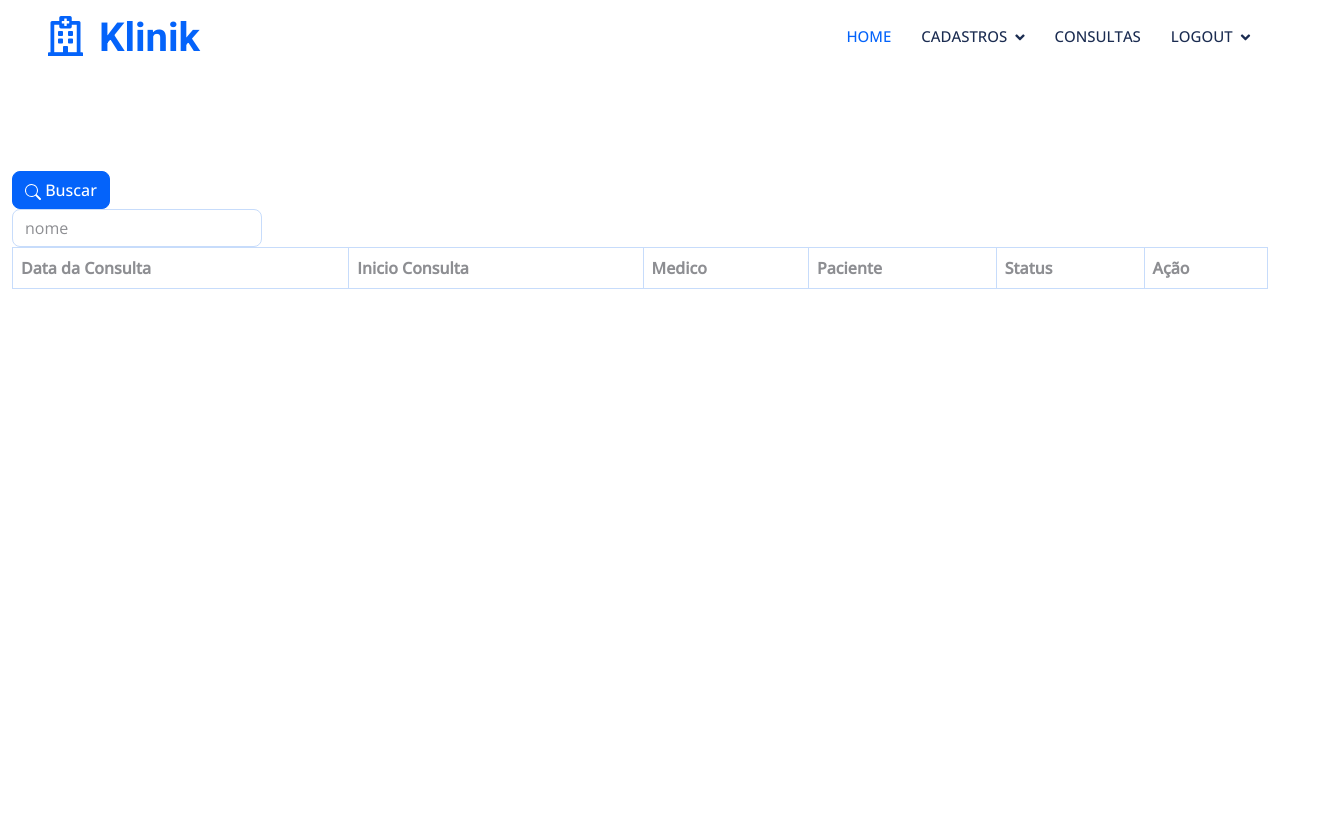
Repository: henrickrufino91/AgendaConsultas
Page: http://localhost/consulta/listarConsultas
An editor plug-in stored every save of this project. The page is shown before and after the next save, followed by the edit.
The browser window is 1280 px wide. The page is 1331 px wide, so the pictures cover 1331 px, including what lies to the right of the window. The pictures show the whole page.
Some web libraries are served in a nearby version. The page is this project's Thymeleaf template; nobody is signed in. The template is opened directly, without the code that normally fills it, so the values that code supplies are empty.

Above is the page before, as saved 2024-12-26 18:03:03.

### clinica/src/main/resources/templates/consulta/listarConsultas.html
<!DOCTYPE html>
<html lang="en">

<head>
    <meta charset="utf-8">
    <title>Lista de Consultas</title>
    <meta content="width=device-width, initial-scale=1.0" name="viewport">
    <meta content="" name="keywords">
    <meta content="" name="description">

    <!-- Favicon -->
    <link href="img/favicon.ico" rel="icon">

    <!-- Google Web Fonts -->
    <link rel="preconnect" href="https://fonts.googleapis.com">
    <link rel="preconnect" href="https://fonts.gstatic.com" crossorigin>
    <link href="https://fonts.googleapis.com/css2?family=Open+Sans:wght@400;500&family=Roboto:wght@500;700;900&display=swap" rel="stylesheet">

    <!-- Icon Font Stylesheet -->
    <link href="https://cdnjs.cloudflare.com/ajax/libs/font-awesome/5.10.0/css/all.min.css" rel="stylesheet">
    <link href="https://cdn.jsdelivr.net/npm/bootstrap-icons@1.4.1/font/bootstrap-icons.css" rel="stylesheet">

    <!-- Libraries Stylesheet -->
    <link href="lib/animate/animate.min.css" rel="stylesheet">
    <link href="lib/owlcarousel/assets/owl.carousel.min.css" rel="stylesheet">
    <link href="lib/tempusdominus/css/tempusdominus-bootstrap-4.min.css" rel="stylesheet" />

    <!-- Customized Bootstrap Stylesheet -->
    <link href="css/bootstrap.min.css" rel="stylesheet">

    <!-- Template Stylesheet -->
    <link href="css/style.css" rel="stylesheet">
</head>

<body>
    <!-- Spinner Start -->
    <div id="spinner" class="show bg-white position-fixed translate-middle w-100 vh-100 top-50 start-50 d-flex align-items-center justify-content-center">
        <div class="spinner-grow text-primary" style="width: 3rem; height: 3rem;" role="status">
            <span class="sr-only">Loading...</span>
        </div>
    </div>
    <!-- Spinner End -->


    <!-- Topbar Start -->
    <div class="container-fluid bg-light p-0 wow fadeIn" data-wow-delay="0.1s">

    </div>
    <!-- Topbar End -->


    <!-- Navbar Start -->
    <nav class="navbar navbar-expand-lg bg-white navbar-light sticky-top p-0 wow fadeIn" data-wow-delay="0.1s">
        <a href="index.html" class="navbar-brand d-flex align-items-center px-4 px-lg-5">
            <h1 class="m-0 text-primary"><i class="far fa-hospital me-3"></i>Klinik</h1>
        </a>
        <button type="button" class="navbar-toggler me-4" data-bs-toggle="collapse" data-bs-target="#navbarCollapse">
            <span class="navbar-toggler-icon"></span>
        </button>
        <div class="collapse navbar-collapse" id="navbarCollapse">
            <div class="navbar-nav ms-auto p-4 p-lg-0">
                <a th:href="@{/index}" class="nav-item nav-link active">Home</a>

                <div class="nav-item dropdown">
                    <a href="#" class="nav-link dropdown-toggle" data-bs-toggle="dropdown">Cadastros</a>
                    <div class="dropdown-menu rounded-0 rounded-bottom m-0">
                        <a th:href="@{/novoPaciente}" class="dropdown-item">Pacientes</a>
                        <a th:href="@{/novoMedico}" class="dropdown-item">Médicos(as)</a>
                       <a th:href="@{/novoUsuario}" class="dropdown-item">Usuários</a>

                    </div>
                </div>
                <a th:href="@{/novaConsulta}" class="nav-item nav-link">Consultas</a>

                <div class="nav-item dropdown">
                    <a href="#" class="nav-link dropdown-toggle" data-bs-toggle="dropdown">Logout</a>
                    <div class="dropdown-menu rounded-0 rounded-bottom m-0">
                        <a th:href="@{/logout}" class="dropdown-item">Sair</a>

                    </div>
                </div>

            </div>
        </div>
    </nav>
    <!-- Navbar End -->


    <!-- Header Start -->
    <div class="container-fluid header bg-primary p-0 mb-5">





    </div>
    <!-- Header End -->




    <!-- About Start -->
    <div class="container-xxl py-5">


       <a class="btn btn-primary"><svg xmlns="http://www.w3.org/2000/svg" width="16" height="16" fill="currentColor" class="bi bi-search" viewBox="0 0 16 16">
  											<path d="M11.742 10.344a6.5 6.5 0 1 0-1.397 1.398h-.001q.044.06.098.115l3.85 3.85a1 1 0 0 0 1.415-1.414l-3.85-3.85a1 1 0 0 0-.115-.1zM12 6.5a5.5 5.5 0 1 1-11 0 5.5 5.5 0 0 1 11 0"/>
											</svg> Buscar</a>

      <input class="form-control" value="nome" id="inputEmail" type="text" style="width: 250px" />

       <table class="table table-bordered table-hover">

        		<thead>

            	<th scope="col">Data da Consulta</th>
            	<th scope="col">Inicio Consulta</th>
            	<th scope="col">Medico</th>
            	<th scope="col">Paciente</th>
            	<th scope="col">Status</th>
            	<th scope="col">Ação</th>

        		</thead>
        		<tbody>
            	<tr scope="row" th:each="c : ${listarConsultas}">


                <td th:text="${c.dataConsulta}"></td>
                <td th:text="${c.inicioConsulta}"></td>
                <td th:text="${c.consulta.medico.nome}"></td>
                <td th:text="${c.consulta.paciente.nome}"></td>
                <td th:text="${c.consulta.status.descricao}"></td>

                <td>

                 <a class="btn btn-primary" th:href="@{'/editarConsulta?codigo=' + ${c.codConsulta}}"> Editar
				<svg xmlns="http://www.w3.org/2000/svg" width="16" height="16" fill="currentColor" class="bi bi-pencil-fill" viewBox="0 0 16 16">
  				<path d="M12.854.146a.5.5 0 0 0-.707 0L10.5 1.793 14.207 5.5l1.647-1.646a.5.5 0 0 0 0-.708zm.646 6.061L9.793 2.5 3.293 9H3.5a.5.5 0 0 1 .5.5v.5h.5a.5.5 0 0 1 .5.5v.5h.5a.5.5 0 0 1 .5.5v.5h.5a.5.5 0 0 1 .5.5v.207zm-7.468 7.468A.5.5 0 0 1 6 13.5V13h-.5a.5.5 0 0 1-.5-.5V12h-.5a.5.5 0 0 1-.5-.5V11h-.5a.5.5 0 0 1-.5-.5V10h-.5a.5.5 0 0 1-.175-.032l-.179.178a.5.5 0 0 0-.11.168l-2 5a.5.5 0 0 0 .65.65l5-2a.5.5 0 0 0 .168-.11z"/>
				</svg></a>

				<a class="btn btn-danger" th:href="@{'/removerConsulta?codigo=' + ${c.codConsulta}}"> Remover
				<svg xmlns="http://www.w3.org/2000/svg" width="16" height="16" fill="currentColor" class="bi bi-archive-fill" viewBox="0 0 16 16">
  				<path d="M12.643 15C13.979 15 15 13.845 15 12.5V5H1v7.5C1 13.845 2.021 15 3.357 15zM5.5 7h5a.5.5 0 0 1 0 1h-5a.5.5 0 0 1 0-1M.8 1a.8.8 0 0 0-.8.8V3a.8.8 0 0 0 .8.8h14.4A.8.8 0 0 0 16 3V1.8a.8.8 0 0 0-.8-.8z"/>
				</svg></a>

                </td>






            </tr>
        </tbody>
        </table>

    </div>
    <!-- About End -->


    <!-- Service Start -->
    <div class="container-xxl py-5">

    </div>
    <!-- Service End -->


    <!-- Feature Start -->
    <div class="container-fluid bg-primary overflow-hidden my-5 px-lg-0">

    </div>
    <!-- Feature End -->


    <!-- Team Start -->
    <div class="container-xxl py-5">

    </div>
    <!-- Team End -->


    <!-- Appointment Start -->
    <div class="container-xxl py-5">

    </div>
    <!-- Appointment End -->


    <!-- Testimonial Start -->
    <div class="container-xxl py-5">

    </div>
    <!-- Testimonial End -->


    <!-- Footer Start -->

    </div>
    <!-- Footer End -->


    <!-- Back to Top -->
    <a href="#" class="btn btn-lg btn-primary btn-lg-square rounded-circle back-to-top"><i class="bi bi-arrow-up"></i></a>


    <!-- JavaScript Libraries -->
    <script src="https://code.jquery.com/jquery-3.4.1.min.js"></script>
    <script src="https://cdn.jsdelivr.net/npm/bootstrap@5.0.0/dist/js/bootstrap.bundle.min.js"></script>
    <script src="lib/wow/wow.min.js"></script>
    <script src="lib/easing/easing.min.js"></script>
    <script src="lib/waypoints/waypoints.min.js"></script>
    <script src="lib/counterup/counterup.min.js"></script>
    <script src="lib/owlcarousel/owl.carousel.min.js"></script>
    <script src="lib/tempusdominus/js/moment.min.js"></script>
    <script src="lib/tempusdominus/js/moment-timezone.min.js"></script>
    <script src="lib/tempusdominus/js/tempusdominus-bootstrap-4.min.js"></script>

    <!-- Template Javascript -->
    <script src="js/main.js"></script>
</body>

</html>

### clinica/src/main/resources/static/css/style.css
/********** Template CSS **********/
:root {
    --primary: #0463FA;
    --light: #EFF5FF;
    --dark: #1B2C51;
}

.fw-medium {
    font-weight: 500 !important;
}

.fw-bold {
    font-weight: 700 !important;
}

.fw-black {
    font-weight: 900 !important;
}

.back-to-top {
    position: fixed;
    display: none;
    right: 45px;
    bottom: 45px;
    z-index: 99;
}


/*** Spinner ***/
#spinner {
    opacity: 0;
    visibility: hidden;
    transition: opacity .5s ease-out, visibility 0s linear .5s;
    z-index: 99999;
}

#spinner.show {
    transition: opacity .5s ease-out, visibility 0s linear 0s;
    visibility: visible;
    opacity: 1;
}


/*** Button ***/
.btn {
    font-weight: 500;
    transition: .5s;
}

.btn.btn-primary,
.btn.btn-secondary {
    color: #FFFFFF;
}

.btn-square {
    width: 38px;
    height: 38px;
}

.btn-sm-square {
    width: 32px;
    height: 32px;
}

.btn-lg-square {
    width: 48px;
    height: 48px;
}

.btn-square,
.btn-sm-square,
.btn-lg-square {
    padding: 0;
    display: flex;
    align-items: center;
    justify-content: center;
    font-weight: normal;
}


/*** Navbar ***/
.navbar .dropdown-toggle::after {
    border: none;
    content: "\f107";
    font-family: "Font Awesome 5 Free";
    font-weight: 900;
    vertical-align: middle;
    margin-left: 8px;
}

.navbar .navbar-nav .nav-link {
    margin-right: 30px;
    padding: 25px 0;
    color: #FFFFFF;
    font-size: 15px;
    font-weight: 500;
    text-transform: uppercase;
    outline: none;
}

.navbar .navbar-nav .nav-link:hover,
.navbar .navbar-nav .nav-link.active {
    color: var(--primary);
}

@media (max-width: 991.98px) {
    .navbar .navbar-nav .nav-link  {
        margin-right: 0;
        padding: 10px 0;
    }

    .navbar .navbar-nav {
        border-top: 1px solid #EEEEEE;
    }
}

.navbar .navbar-brand,
.navbar a.btn {
    height: 75px;
}

.navbar .navbar-nav .nav-link {
    color: var(--dark);
    font-weight: 500;
}

.navbar.sticky-top {
    top: -100px;
    transition: .5s;
}

@media (min-width: 992px) {
    .navbar .nav-item .dropdown-menu {
        display: block;
        border: none;
        margin-top: 0;
        top: 150%;
        opacity: 0;
        visibility: hidden;
        transition: .5s;
    }

    .navbar .nav-item:hover .dropdown-menu {
        top: 100%;
        visibility: visible;
        transition: .5s;
        opacity: 1;
    }
}


/*** Header ***/
.header-carousel .owl-carousel-text {
    position: absolute;
    width: 100%;
    height: 100%;
    padding: 3rem;
    top: 0;
    left: 0;
    display: flex;
    align-items: center;
    justify-content: center;
    text-shadow: 0 0 30px rgba(0, 0, 0, .1);
}

.header-carousel .owl-nav {
    position: absolute;
    width: 200px;
    height: 45px;
    bottom: 30px;
    left: 50%;
    transform: translateX(-50%);
    display: flex;
    justify-content: space-between;
}

.header-carousel .owl-nav .owl-prev,
.header-carousel .owl-nav .owl-next {
    width: 45px;
    height: 45px;
    display: flex;
    align-items: center;
    justify-content: center;
    color: #FFFFFF;
    background: transparent;
    border: 1px solid #FFFFFF;
    border-radius: 45px;
    font-size: 22px;
    transition: .5s;
}

.header-carousel .owl-nav .owl-prev:hover,
.header-carousel .owl-nav .owl-next:hover {
    background: var(--primary);
    border-color: var(--primary);
}

.header-carousel .owl-dots {
    position: absolute;
    height: 45px;
    bottom: 30px;
    left: 50%;
    transform: translateX(-50%);
    display: flex;
    align-items: center;
    justify-content: center;
}

.header-carousel .owl-dot {
    position: relative;
    display: inline-block;
    margin: 0 5px;
    width: 15px;
    height: 15px;
    background: transparent;
    border: 1px solid #FFFFFF;
    border-radius: 15px;
    transition: .5s;
}

.header-carousel .owl-dot::after {
    position: absolute;
    content: "";
    width: 5px;
    height: 5px;
    top: 4px;
    left: 4px;
    background: #FFFFFF;
    border-radius: 5px;
}

.header-carousel .owl-dot.active {
    background: var(--primary);
    border-color: var(--primary);
}

.page-header {
    background: url(../img/header-page.jpg) top center no-repeat;
    background-size: cover;
    text-shadow: 0 0 30px rgba(0, 0, 0, .1);
}

.breadcrumb-item + .breadcrumb-item::before {
    color: var(--light);
}


/*** Service ***/
.service-item {
    transition: .5s;
}

.service-item:hover {
    margin-top: -10px;
    box-shadow: 0 .5rem 1.5rem rgba(0, 0, 0, .08);
}

.service-item .btn {
    width: 40px;
    height: 40px;
    display: inline-flex;
    align-items: center;
    background: #FFFFFF;
    border-radius: 40px;
    white-space: nowrap;
    overflow: hidden;
    transition: .5s;
}

.service-item:hover .btn {
    width: 140px;
}


/*** Feature ***/
@media (min-width: 992px) {
    .container.feature {
        max-width: 100% !important;
    }

    .feature-text  {
        padding-left: calc(((100% - 960px) / 2) + .75rem);
    }
}

@media (min-width: 1200px) {
    .feature-text  {
        padding-left: calc(((100% - 1140px) / 2) + .75rem);
    }
}

@media (min-width: 1400px) {
    .feature-text  {
        padding-left: calc(((100% - 1320px) / 2) + .75rem);
    }
}


/*** Team ***/
.team-item img {
    position: relative;
    top: 0;
    transition: .5s;
}

.team-item:hover img {
    top: -30px;
}

.team-item .team-text {
    position: relative;
    height: 100px;
    transition: .5s;
}

.team-item:hover .team-text {
    margin-top: -60px;
    height: 160px;
}

.team-item .team-text .team-social {
    opacity: 0;
    transition: .5s;
}

.team-item:hover .team-text .team-social {
    opacity: 1;
}

.team-item .team-social .btn {
    display: inline-flex;
    color: var(--primary);
    background: #FFFFFF;
    border-radius: 40px;
}

.team-item .team-social .btn:hover {
    color: #FFFFFF;
    background: var(--primary);
}


/*** Appointment ***/
.bootstrap-datetimepicker-widget.bottom {
    top: auto !important;
}

.bootstrap-datetimepicker-widget .table * {
    border-bottom-width: 0px;
}

.bootstrap-datetimepicker-widget .table th {
    font-weight: 500;
}

.bootstrap-datetimepicker-widget.dropdown-menu {
    padding: 10px;
    border-radius: 2px;
}

.bootstrap-datetimepicker-widget table td.active,
.bootstrap-datetimepicker-widget table td.active:hover {
    background: var(--primary);
}

.bootstrap-datetimepicker-widget table td.today::before {
    border-bottom-color: var(--primary);
}


/*** Testimonial ***/
.testimonial-carousel::before {
    position: absolute;
    content: "";
    top: 0;
    left: 0;
    height: 100%;
    width: 0;
    background: linear-gradient(to right, rgba(255, 255, 255, 1) 0%, rgba(255, 255, 255, 0) 100%);
    z-index: 1;
}

.testimonial-carousel::after {
    position: absolute;
    content: "";
    top: 0;
    right: 0;
    height: 100%;
    width: 0;
    background: linear-gradient(to left, rgba(255, 255, 255, 1) 0%, rgba(255, 255, 255, 0) 100%);
    z-index: 1;
}

@media (min-width: 768px) {
    .testimonial-carousel::before,
    .testimonial-carousel::after {
        width: 200px;
    }
}

@media (min-width: 992px) {
    .testimonial-carousel::before,
    .testimonial-carousel::after {
        width: 300px;
    }
}

.testimonial-carousel .owl-item .testimonial-text {
    background: var(--light);
    transform: scale(.8);
    transition: .5s;
}

.testimonial-carousel .owl-item.center .testimonial-text {
    background: var(--primary);
    transform: scale(1);
}

.testimonial-carousel .owl-item .testimonial-text *,
.testimonial-carousel .owl-item .testimonial-item img {
    transition: .5s;
}

.testimonial-carousel .owl-item.center .testimonial-text * {
    color: var(--light) !important;
}

.testimonial-carousel .owl-item.center .testimonial-item img {
    background: var(--primary) !important;
}

.testimonial-carousel .owl-nav {
    position: absolute;
    width: 350px;
    top: 15px;
    left: 50%;
    transform: translateX(-50%);
    display: flex;
    justify-content: space-between;
    opacity: 0;
    transition: .5s;
    z-index: 1;
}

.testimonial-carousel:hover .owl-nav {
    width: 300px;
    opacity: 1;
}

.testimonial-carousel .owl-nav .owl-prev,
.testimonial-carousel .owl-nav .owl-next {
    position: relative;
    color: var(--primary);
    font-size: 45px;
    transition: .5s;
}

.testimonial-carousel .owl-nav .owl-prev:hover,
.testimonial-carousel .owl-nav .owl-next:hover {
    color: var(--dark);
}


/*** Footer ***/
.footer .btn.btn-social {
    margin-right: 5px;
    width: 35px;
    height: 35px;
    display: flex;
    align-items: center;
    justify-content: center;
    color: var(--light);
    border: 1px solid #FFFFFF;
    transition: .3s;
}

.footer .btn.btn-social:hover {
    color: var(--primary);
}

.footer .btn.btn-link {
    display: block;
    margin-bottom: 5px;
    padding: 0;
    text-align: left;
    color: #FFFFFF;
    font-size: 15px;
    font-weight: normal;
    text-transform: capitalize;
    transition: .3s;
}

.footer .btn.btn-link::before {
    position: relative;
    content: "\f105";
    font-family: "Font Awesome 5 Free";
    font-weight: 900;
    margin-right: 10px;
}

.footer .btn.btn-link:hover {
    color: var(--primary);
    letter-spacing: 1px;
    box-shadow: none;
}

.footer .copyright {
    padding: 25px 0;
    font-size: 15px;
    border-top: 1px solid rgba(256, 256, 256, .1);
}

.footer .copyright a {
    color: var(--light);
}

.footer .copyright a:hover {
    color: var(--primary);
}

### clinica/src/main/resources/static/js/main.js
(function ($) {
    "use strict";

    // Spinner
    var spinner = function () {
        setTimeout(function () {
            if ($('#spinner').length > 0) {
                $('#spinner').removeClass('show');
            }
        }, 1);
    };
    spinner();


    // Initiate the wowjs
    new WOW().init();


    // Sticky Navbar
    $(window).scroll(function () {
        if ($(this).scrollTop() > 300) {
            $('.sticky-top').addClass('shadow-sm').css('top', '0px');
        } else {
            $('.sticky-top').removeClass('shadow-sm').css('top', '-100px');
        }
    });


    // Back to top button
    $(window).scroll(function () {
        if ($(this).scrollTop() > 300) {
            $('.back-to-top').fadeIn('slow');
        } else {
            $('.back-to-top').fadeOut('slow');
        }
    });
    $('.back-to-top').click(function () {
        $('html, body').animate({scrollTop: 0}, 1500, 'easeInOutExpo');
        return false;
    });


    // Facts counter
    $('[data-toggle="counter-up"]').counterUp({
        delay: 10,
        time: 2000
    });


    // Date and time picker
    $('.date').datetimepicker({
        format: 'L'
    });
    $('.time').datetimepicker({
        format: 'LT'
    });


    // Header carousel
    $(".header-carousel").owlCarousel({
        autoplay: false,
        animateOut: 'fadeOutLeft',
        items: 1,
        dots: true,
        loop: true,
        nav : true,
        navText : [
            '<i class="bi bi-chevron-left"></i>',
            '<i class="bi bi-chevron-right"></i>'
        ]
    });


    // Testimonials carousel
    $(".testimonial-carousel").owlCarousel({
        autoplay: false,
        smartSpeed: 1000,
        center: true,
        dots: false,
        loop: true,
        nav : true,
        navText : [
            '<i class="bi bi-arrow-left"></i>',
            '<i class="bi bi-arrow-right"></i>'
        ],
        responsive: {
            0:{
                items:1
            },
            768:{
                items:2
            }
        }
    });


})(jQuery);

Loaded but not shown: clinica/src/main/resources/static/lib/animate/animate.min.css (library); clinica/src/main/resources/static/lib/owlcarousel/assets/owl.carousel.min.css (common file); clinica/src/main/resources/static/lib/tempusdominus/css/tempusdominus-bootstrap-4.min.css (library); clinica/src/main/resources/static/css/bootstrap.min.css (library); clinica/src/main/resources/static/lib/wow/wow.min.js (library); clinica/src/main/resources/static/lib/easing/easing.min.js (common file); clinica/src/main/resources/static/lib/waypoints/waypoints.min.js (library); clinica/src/main/resources/static/lib/counterup/counterup.min.js (common file); clinica/src/main/resources/static/lib/owlcarousel/owl.carousel.min.js (library); clinica/src/main/resources/static/lib/tempusdominus/js/moment.min.js (library); clinica/src/main/resources/static/lib/tempusdominus/js/moment-timezone.min.js (library); clinica/src/main/resources/static/lib/tempusdominus/js/tempusdominus-bootstrap-4.min.js (library)

After the next save:
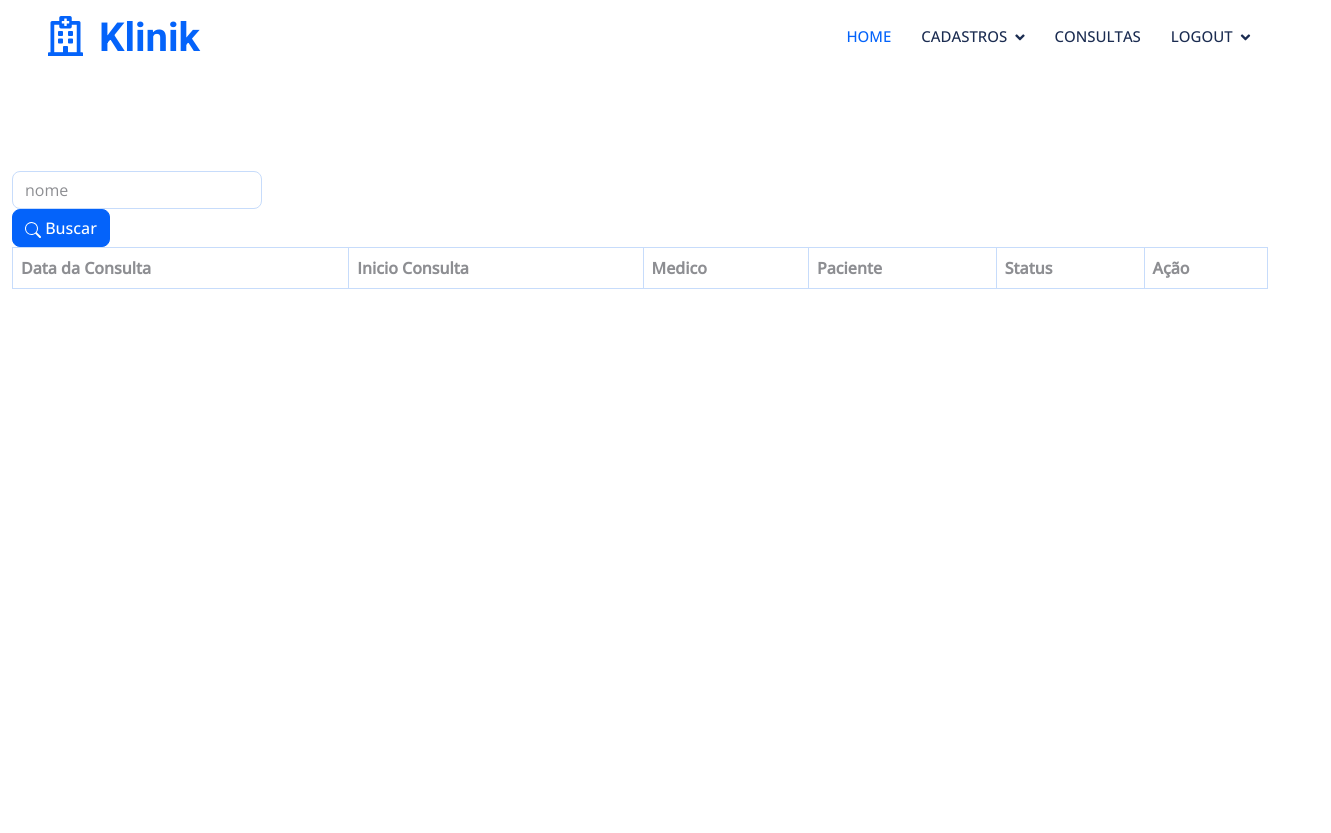
Saved 16 s later.
--- a/clinica/src/main/resources/templates/consulta/listarConsultas.html
+++ b/clinica/src/main/resources/templates/consulta/listarConsultas.html
@@ -102,12 +102,13 @@
     <!-- About Start -->
     <div class="container-xxl py-5">
 
+       <input class="form-control" value="nome" id="inputEmail" type="text" style="width: 250px" />
 
        <a class="btn btn-primary"><svg xmlns="http://www.w3.org/2000/svg" width="16" height="16" fill="currentColor" class="bi bi-search" viewBox="0 0 16 16">
   											<path d="M11.742 10.344a6.5 6.5 0 1 0-1.397 1.398h-.001q.044.06.098.115l3.85 3.85a1 1 0 0 0 1.415-1.414l-3.85-3.85a1 1 0 0 0-.115-.1zM12 6.5a5.5 5.5 0 1 1-11 0 5.5 5.5 0 0 1 11 0"/>
 											</svg> Buscar</a>
 
-      <input class="form-control" value="nome" id="inputEmail" type="text" style="width: 250px" />
+
 
        <table class="table table-bordered table-hover">
 
